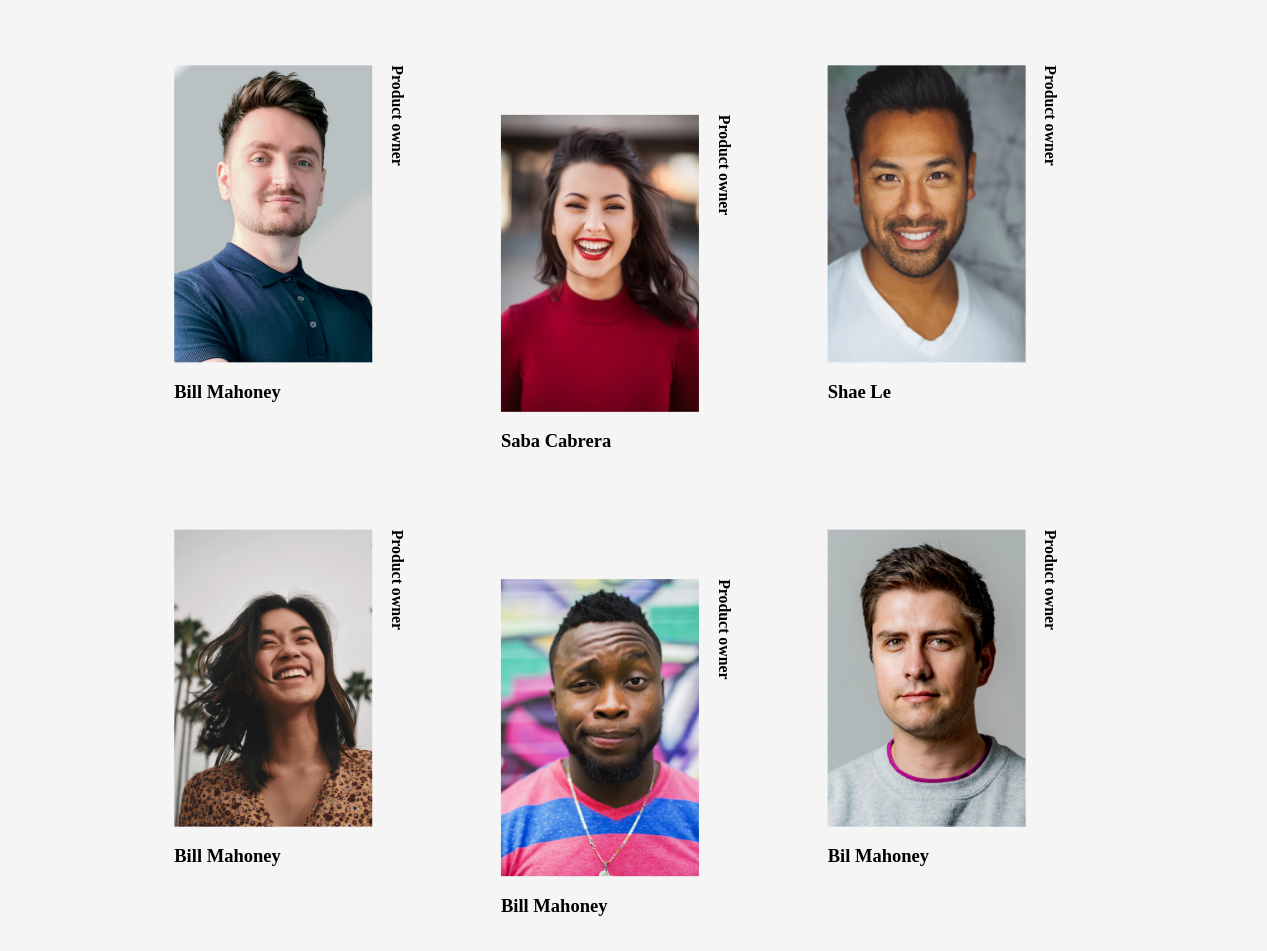
Repository: georgisenze/my-team-page-challeng
Page: index.html
An editor plug-in stored every save of this project. The page is shown before and after the next save, followed by the edit.
The browser window is 1280 px wide. The pictures show the whole page, at 99% of full size.

Above is the page before, as saved 2023-02-22 22:27:05.

After the next save:
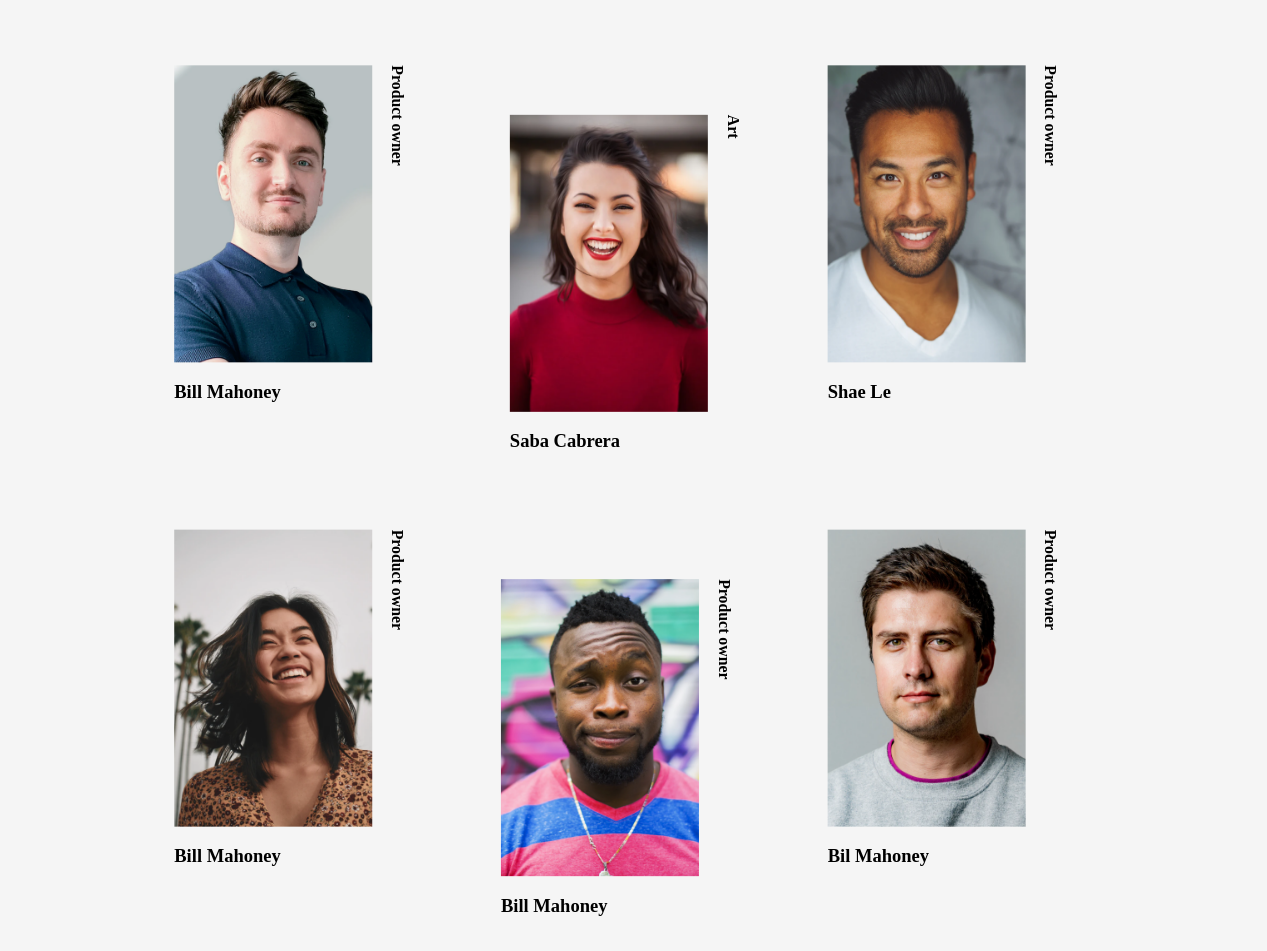
Saved 17 s later.
--- a/index.html
+++ b/index.html
@@ -20,7 +20,7 @@
         <div class="box-centre">
             <span>
                 <img src="assets/img/photo2.png" alt="">
-                <p>Product owner</p>
+                <p>Art </p>
             </span>
             <h3>Saba Cabrera</h3>
         </div>

After the 3 saves that followed:
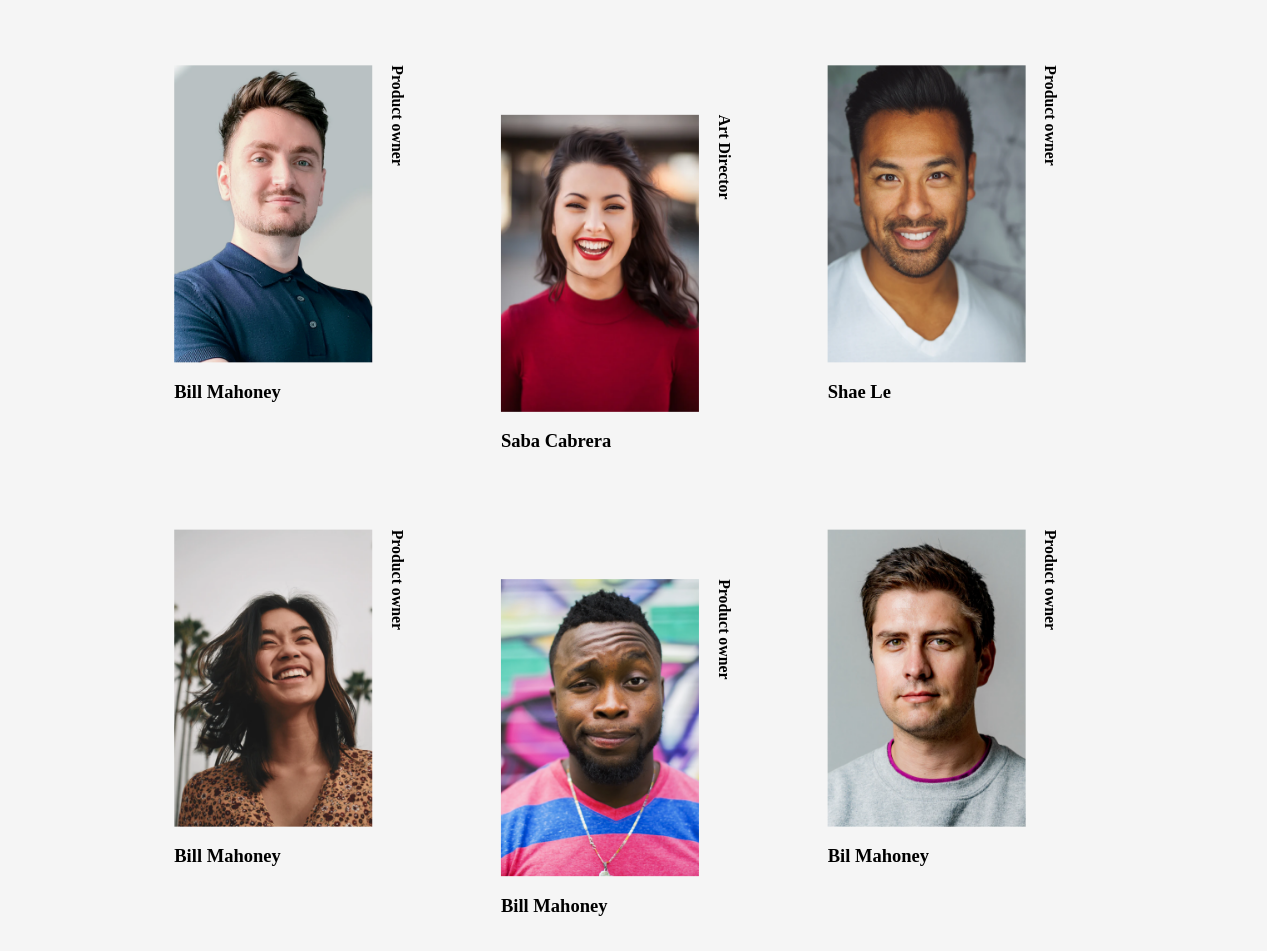
The 3 saves are shown as one change because they came seconds apart.
The last was saved 9 s later.
--- a/index.html
+++ b/index.html
@@ -20,7 +20,7 @@
         <div class="box-centre">
             <span>
                 <img src="assets/img/photo2.png" alt="">
-                <p>Art </p>
+                <p>Art Director</p>
             </span>
             <h3>Saba Cabrera</h3>
         </div>
